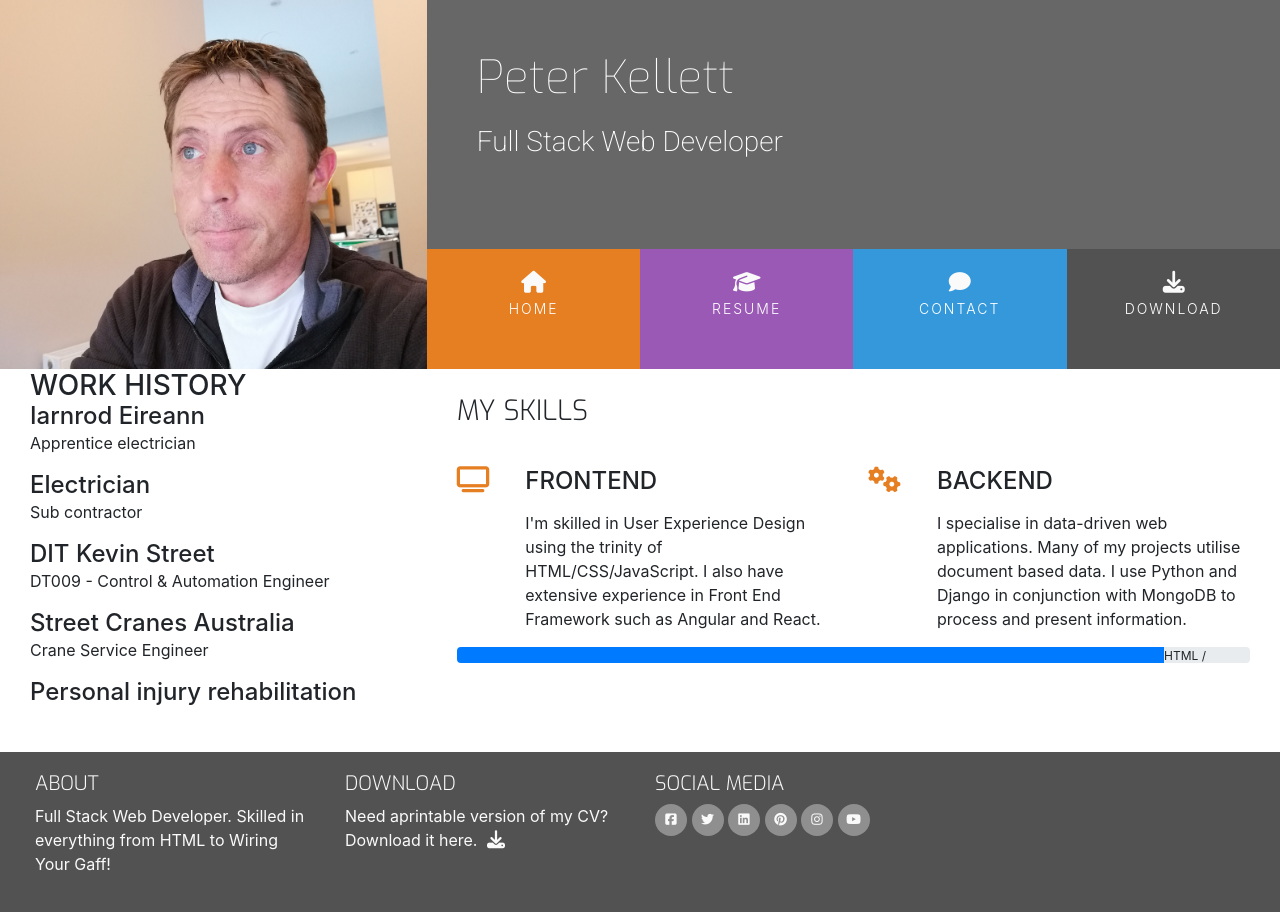
Repository: PeterKellett/resume-tutorial
Page: resume.html
The author's editor kept a record of every edit. The page is drawn from the files as they stood at one moment, then again after the next edit.
The browser window is 1280 px wide. The pictures show the whole page.
Some web libraries are served in a nearby version.

Above is the page before.

### resume.html
<!DOCTYPE html>
<html lang="en">

<head>
    <meta charset="UTF-8">
    <meta name="viewport" content="width=device-width, initial-scale=1.0">
    <meta http-equiv="X-UA-Compatible" content="ie=edge">
    <link rel="stylesheet" href="https://stackpath.bootstrapcdn.com/bootstrap/4.3.1/css/bootstrap.min.css" integrity="sha384-ggOyR0iXCbMQv3Xipma34MD+dH/1fQ784/j6cY/iJTQUOhcWr7x9JvoRxT2MZw1T" crossorigin="anonymous">
    <script src="https://kit.fontawesome.com/5522ae6586.js"></script>
    <link rel="stylesheet" href="https://cdnjs.cloudflare.com/ajax/libs/hover.css/2.3.1/css/hover-min.css" type="text/css" />
    <link rel="stylesheet" href="assets/css/style.css" type="text/css" />
    <title>CV Work History</title>
</head>
<!-------------------------------------------End </head>----------------------------------->

<!--------------------------------------=---Start <body>----------------------------------->

<body>
    <!--------------------------------------=---Start <header>----------------------------------->
    <header>
        <div class="row no-gutters">
            <a href="index.html" class="col-md-4 logo"></a>

            <div class="col-md-8">
                <div class="row no-gutters bg-color-name-title">
                    <div class="col heading">
                        <h1 class="name">Peter Kellett</h1>
                        <h2 class="title">Full Stack Web Developer</h2>
                    </div>
                </div>
                <div class="row no-gutters">
                    <div class="col">
                        <ul id="nav" class="list-inline menucontainer">
                            <li class="col-6 col-sm-3 ui-menu-color-home list-inline-item menuitem">
                                <a href="#" class="hvr-sweep-to-bottom"><i class="fas fa-home" aria-hidde="true"></i><span>Home</span></a>
                            </li>
                            <li class="col-6 col-sm-3 ui-menu-color-resume list-inline-item menuitem">
                                <a href="#" class="hvr-sweep-to-bottom"><i class="fas fa-graduation-cap" aria-hidde="true"></i><span>Resume</span></a>
                            </li>
                            <li class="col-6 col-sm-3 ui-menu-color-contact list-inline-item menuitem">
                                <a href="#" class="hvr-sweep-to-bottom"><i class="fas fa-comment" aria-hidde="true"></i><span>Contact</span></a>
                            </li>
                            <li class="col-6 col-sm-3 ui-menu-color-download list-inline-item menuitem">
                                <a href="#" class="hvr-sweep-to-bottom"><i class="fas fa-download" aria-hidde="true"></i><span>Download</span></a>
                            </li>
                        </ul>
                    </div>
                </div>
            </div>
        </div>
    </header>
    <!-------------------------------------------End </header>----------------------------------->

    <!--------------------------------------=---Start <section>----------------------------------->

    <section class="container-fluid">
        <div class="row">
            <div class="col-md-4 bg-color-work-history section-column">
                <div class="row">
                    <div class="col-12">
                        <h3 class="history-heading uppercase">
                            Work History</h3>
                    </div>
                </div>
                <div class="timeline-item" data-dates="09/1992 - 09/1996">
                    <h4>Iarnrod Eireann</h4>
                    <p>Apprentice electrician</p>
                </div>
                <div class="timeline-item" data-dates="09/1996 - 10/2009">
                    <h4>Electrician</h4>
                    <p>Sub contractor</p>
                </div>
                <div class="timeline-item" data-dates="10/2009 - 05/2011">
                    <h4>DIT Kevin Street</h4>
                    <p>DT009 - Control & Automation Engineer</p>
                </div>
                <div class="timeline-item" data-dates="05/2011 - 10/2011">
                    <h4>Street Cranes Australia</h4>
                    <p>Crane Service Engineer</p>
                </div>
                <div class="timeline-item" data-dates="10/2011 - ">
                    <h4>Personal injury rehabilitation</h4>
                    <p></p>
                </div>
            </div>
            <div class="col-md-8 bg-color-three-reasons section-column">
                <div class="row">
                    <div class="col">
                        <h3 class="section-heading uppercase">My Skills</h3>
                    </div>
                </div>
                <div class="row">
                    <div class="col-10 offset-1 offset-sm-0 col-sm-4 col-md-6">
                        <div class="row">
                            <div class="col-2"><i class="three-reasons-icon fas fa-tv" aria-hidden="true"></i>
                            </div>
                            <div class="col-10">
                                <h4 class="three-reasons-heading uppercase">Frontend</h4>
                                <p>
                                    I'm skilled in User Experience Design using the trinity of HTML/CSS/JavaScript. I also have extensive experience in Front End Framework such as Angular and React.
                                </p>
                            </div>
                        </div>
                    </div>
                    <div class="col-10 offset-1 offset-sm-0 col-sm-4 col-md-6">
                        <div class="row">
                            <div class="col-2"><i class="three-reasons-icon fas fa-cogs" aria-hidden="true"></i>
                            </div>
                            <div class="col-10">
                                <h4 class="three-reasons-heading uppercase">Backend</h4>
                                <p>
                                    I specialise in data-driven web applications. Many of my projects utilise document based data. I use Python and Django in conjunction with MongoDB to process and present information. </p>
                            </div>
                        </div>
                    </div>
                </div>
                <div class="row">
                    <div class="col">
                        <div class="progress">
                            <div class="progress-bar" role="progressbar" aria-valuenow="90" aria-valuemin="0" aria-valuemax="100" style="width:90%;">
                                <span class="sr-only">90% complete</span>
                            </div>
                            <span class="progress-type">HTML / HTML5</span>
                        </div>
                    </div>
                </div>
            </div>
        </div>
    </section>
    <!-------------------------------------------End </section>----------------------------------->


    <!--------------------------------------=---Start <footer>----------------------------------->

    <footer class="container-fluid">
        <div id="footer-details" class="row">
            <div class="col-sm-3">
                <h5 class="uppercase general-sub">About</h5>
                <p class="inline-block">
                    Full Stack Web Developer. Skilled in everything from HTML to Wiring Your Gaff!
                </p>
            </div>
            <div class="col-sm-3">
                <h5 class="uppercase general-sub">Download</h5>
                <p class="inline-block">Need aprintable version of my CV? Download it here.
                    <a href="#" target="_blank" class="cv-pdf">
                    <i class="fas fa-download" aria-hidden="true"></i>
                    <span class="sr-only">Download link.</span>
                </a>
                </p>
            </div>
            <div class="col-sm-3">
                <h5 class="uppercase general-sub">Social Media</h5>
                <ul class="list-inline social-links">
                    <li class="list-inline-item">
                        <a target="_blank" href="#">
                            <i Class="fab fa-facebook-square" aria-hidden="true"></i>
                            <span class="sr-only">Facebook</span>
                        </a>
                    </li>
                    <li class="list-inline-item">
                        <a target="_blank" href="#">
                            <i Class="fab fa-twitter" aria-hidden="true"></i>
                            <span class="sr-only">Twitter</span>
                        </a>
                    </li>
                    <li class="list-inline-item">
                        <a target="_blank" href="#">
                            <i Class="fab fa-linkedin" aria-hidden="true"></i>
                            <span class="sr-only">LinkedIn</span>
                        </a>
                    </li>
                    <li class="list-inline-item">
                        <a target="_blank" href="#">
                            <i Class="fab fa-pinterest" aria-hidden="true"></i>
                            <span class="sr-only">Pinterest</span>
                        </a>
                    </li>
                    <li class="list-inline-item">
                        <a target="_blank" href="#">
                            <i Class="fab fa-instagram" aria-hidden="true"></i>
                            <span class="sr-only">Instagram</span>
                        </a>
                    </li>
                    <li class="list-inline-item">
                        <a target="_blank" href="#">
                            <i Class="fab fa-youtube" aria-hidden="true"></i>
                            <span class="sr-only">YouTube</span>
                        </a>
                    </li>

                </ul>
            </div>
        </div>
    </footer>
    <!-------------------------------------------End </footer>----------------------------------->

</body>
<!-------------------------------------------End </body>----------------------------------->

</html>

### assets/css/style.css
@import url('https://fonts.googleapis.com/css?family=Roboto:100,200,300,400,500,600,700|Exo:100,200,300,400,500,600,700');

/*------------------------------Colors-------------------------*/

.bg-color-name-title {
    background: #676767;

}

.bg-color-three-reasons {
    background-color: #fff;
}

.bg-color-personal-info {
    background-color: #f4f4f4;
}

.ui-menu-color-home {
    background-color: #e67e22;
}

.ui-menu-color-resume {
    background-color: #9b59b6;
}

.ui-menu-color-contact {
    background-color: #3498db;
}

.ui-menu-color-download {
    background-color: #525252;
}

/*------------------------------Special Paddings/margins/text-------------------------*/

h1,
h2,
h3,
h4 {
    margin: 0;
}

.uppercase {
    text-transform: uppercase;
}

.general-sub {
    font-family: "exo", sans-serif;
    font-weight: 300;
    color: #fafafa;
}

.inline-block {
    display: inline-block;
}

.row-table {
    display: table;
}

.section-column {
    display: table-cell;
    padding: 0 30px 30px;
    float: none;
}

.section-heading {
    font-family: "Exo", sans-serif;
    font-weight: 300;
    margin-top: 25px;
    margin-bottom: 40px;
}

/*------------------------------Heading-------------------------*/

header {
    margin: 0;
}

.heading {
    margin-left: 50px;
}

.logo {
    background: url("../images/IMG_20190807_202109.jpg");
    background-position: center;
    background-repeat: no-repeat;
    background-size: cover;
    min-height: 360px;
    transition: all .5s ease-in-out;
    -moz-transition: all .5s ease-in-out;
    -webkit-transition: all .5s ease-in-out;
    -o-transition: all .5s ease-in-out;
}

.name {
    font-family: "Exo", sans-serif;
    font-weight: 100;
    font-size: 46px;
    margin-top: 50px;
    color: #fff;
}

.title {
    font-family: "Roboto", sans-serif;
    font-weight: 200;
    font-size: 28px;
    margin-top: 20px;
    margin-bottom: 90px;
    color: #fff;
}

.list-inline-item:not(:last-child) {
    margin: 0;
}

.menucontainer {
    font-size: 0;
}

#nav {
    margin: 0;
}

#nav li {
    font-size: 14px;
    padding: 0;
}

.menuitem {
    height: 120px;
    text-align: center;
    padding: 0;
}

.menuitem a {
    width: 100%;
    text-decoration: none;
    color: #fff;
    height: 120px;
}

.menuitem a i {
    padding-top: 22px;
    display: block;
    color: #fafafa;
    font-size: 22px;
}

.menuitem span {
    display: block;
    width: 100%;
    padding-top: 5px;
    text-align: center;
    text-transform: uppercase;
    font-size: 14px;
    font-weight: 300;
    letter-spacing: 2px;
}

/*------------------------------Hover.css-------------------------*/

.hvr-sweep-to-bottom:before {
    background: rgba(0, 0, 0, 0.2);
    height: 120px;
}

/*------------------------------Footer-------------------------*/

footer {
    background-color: #525252;
    color: #fafafa;
    min-height: 120px;
    margin: 0;
}

.cv-pdf i {
    font-size: 18px;
    color: #fafafa;
    text-align: center;
    padding-left: 5px;
    transition: all 0.35s ease-in-out;
    -moz-transition: all 0.35s ease-in-out;
    -webkit-transition: all 0.35s ease-in-out;
    -o-transition: all 0.35s ease-in-out;
}

.cv-pdf i:hover {
    color: #e84610;
}

.social-links {
    padding-bottom: 15px;
}

.social-links li a i {
    width: 32px;
    height: 32px;
    padding: 12px 0;
    border-radius: 50%;
    font-size: 13px;
    line-height: 7px;
    text-align: center;
    color: #fafafa;
    background: #8f8f8f;
    transition: all 0.35s ease-in-out;
    -moz-transition: all 0.35s ease-in-out;
    -webkit-transition: all 0.35s ease-in-out;
    -o-transition: all 0.35s ease-in-out;
}

.social-links li a i:hover {
    background: #e84610;
}

#footer-details {
    padding: 20px;
}

/*------------------------------Three reasons-------------------------*/

.three-reasons-icon {
    font-size: 26px;
    color: #e67e22;
}

.three-reasons-heading {
    margin-bottom: 15px;

}

/*------------------------------Personal Info-------------------------*/

.personal-info-item {
    margin-bottom: 20px;
    display: block;
    clear: both;
}

.personal-info-item .key,
.personal-info-item .value {
    padding-right: 8px;
    display: inline-block;
}

.personal-info-item .key p,
.personal-info-item .value p {
    margin: 0;
}

.personal-info-item .key {
    width: 30%;
    margin-right: 21px;
    padding-top: 2px;
    vertical-align: top;
}

.personal-info-item .key p {
    font-weight: 700;
}

.personal-info-item .value {
    position: relative;
    width: 60%;
}

After the next edit:
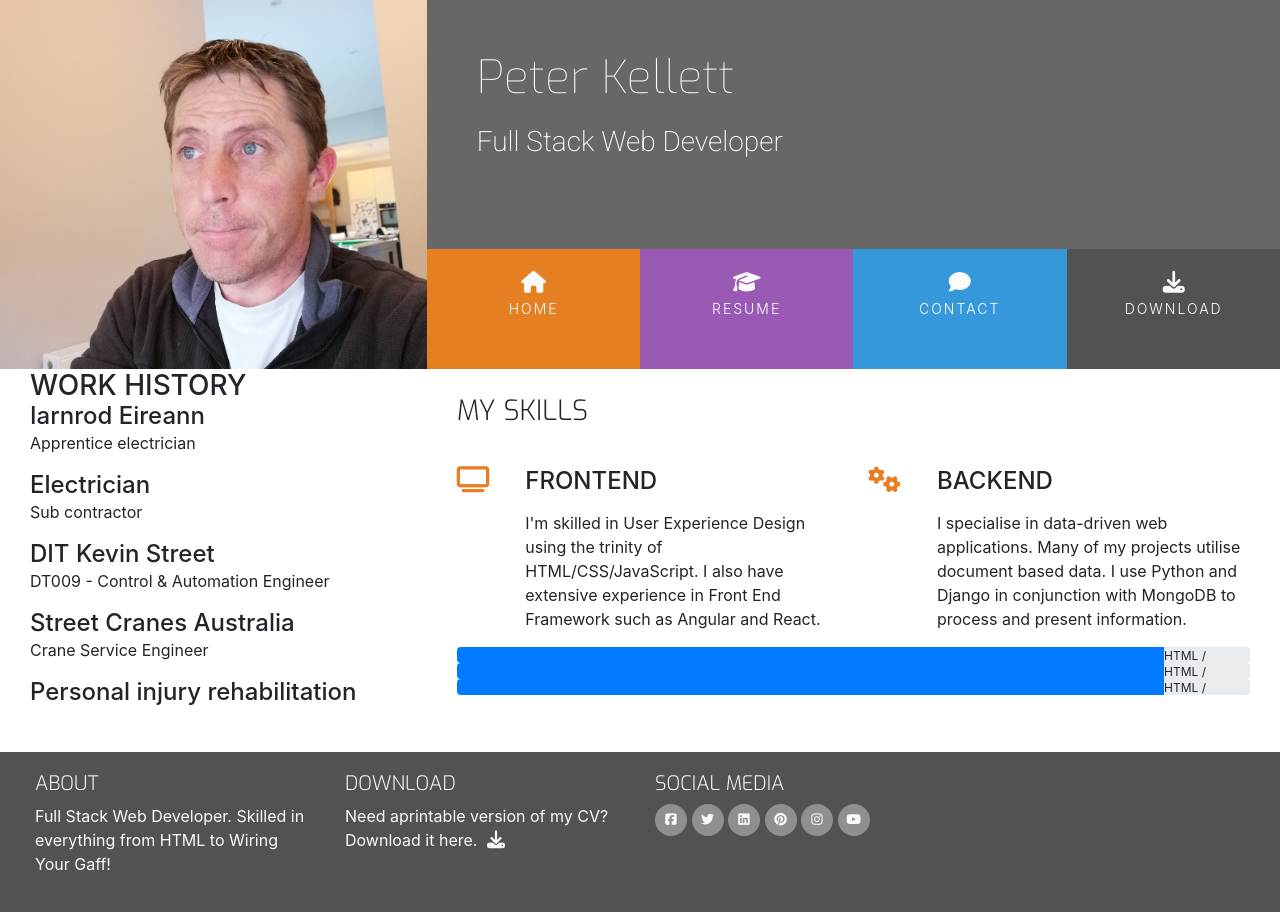
The edit:
--- a/resume.html
+++ b/resume.html
@@ -124,6 +124,26 @@
                         </div>
                     </div>
                 </div>
+                <div class="row">
+                    <div class="col">
+                        <div class="progress">
+                            <div class="progress-bar" role="progressbar" aria-valuenow="90" aria-valuemin="0" aria-valuemax="100" style="width:90%;">
+                                <span class="sr-only">90% complete</span>
+                            </div>
+                            <span class="progress-type">HTML / HTML5</span>
+                        </div>
+                    </div>
+                </div>
+                <div class="row">
+                    <div class="col">
+                        <div class="progress">
+                            <div class="progress-bar" role="progressbar" aria-valuenow="90" aria-valuemin="0" aria-valuemax="100" style="width:90%;">
+                                <span class="sr-only">90% complete</span>
+                            </div>
+                            <span class="progress-type">HTML / HTML5</span>
+                        </div>
+                    </div>
+                </div>
             </div>
         </div>
     </section>
